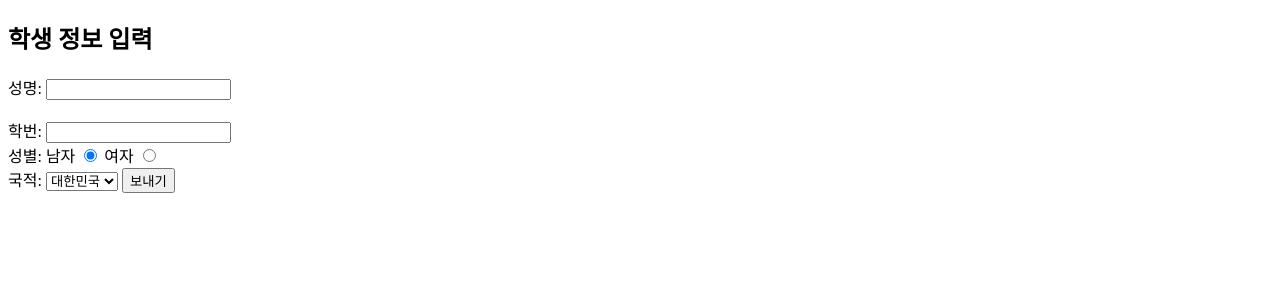
Repository: jemin7709/InternetProgramming2
Page: Pj/WebContent/request.html
The author's editor kept a copy of each file at every save. The page is drawn from the files as they stood at one save, then again after the next save.
The browser window is 1280 px wide. The pictures show the whole page.

Above is the page before, as saved 2021-05-13 08:33:00.

After the next save:
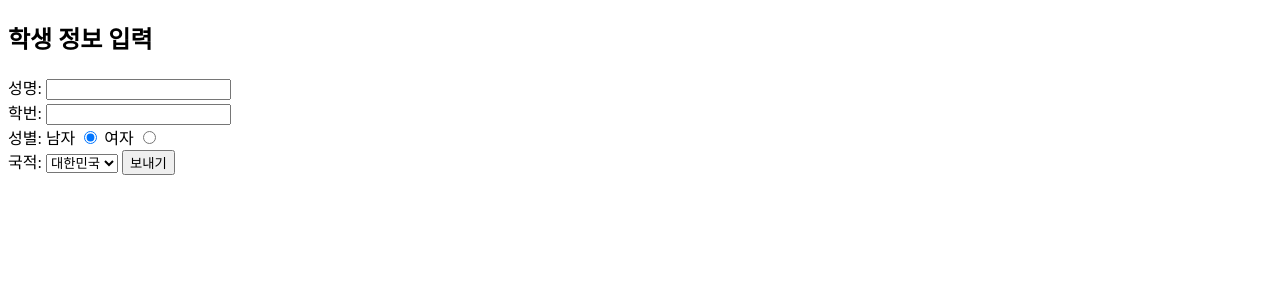
Saved 5 min 50 s later.
--- a/Pj/WebContent/request.html
+++ b/Pj/WebContent/request.html
@@ -7,7 +7,7 @@
 <body>
 	<h2>학생 정보 입력</h2>
 	<form method="post" action="request.jsp">
-		성명: <input type="text" name="name"><br><br>
+		성명: <input type="text" name="name"><br>
 		학번: <input type="text" name="studentNum"><br>
 		성별: 남자 <input type="radio" name="sex" value="man" checked="checked">
 			 여자 <input type="radio" name="sex" value="woman"><br>
